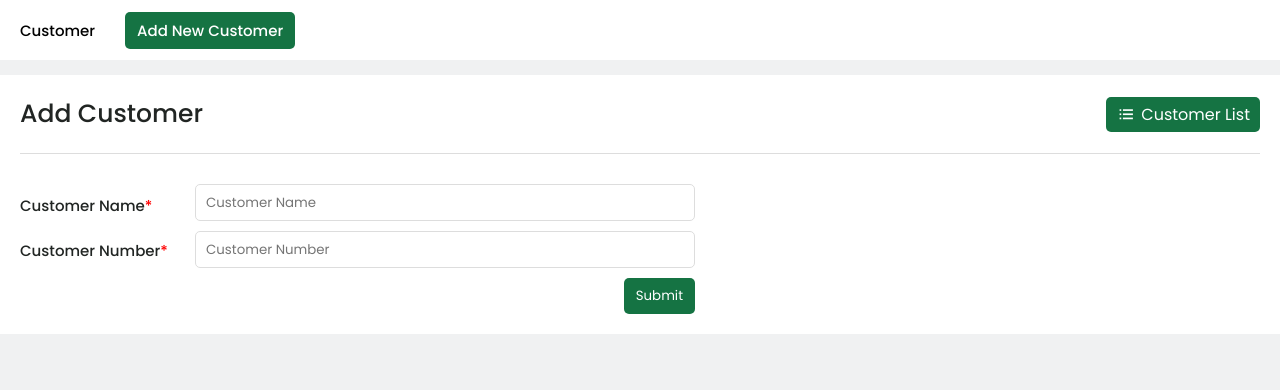
Repository: codebyaddro/customer-page
Page: pages/html/ancus.html
These files come from the project's save history. The page is drawn as it stood at one moment and after a run of saves; the edit follows.
The browser window is 1280 px wide. The pictures show the whole page.

Above is the page before, as saved 2025-02-20 15:25:43.

After the next 11 saves:
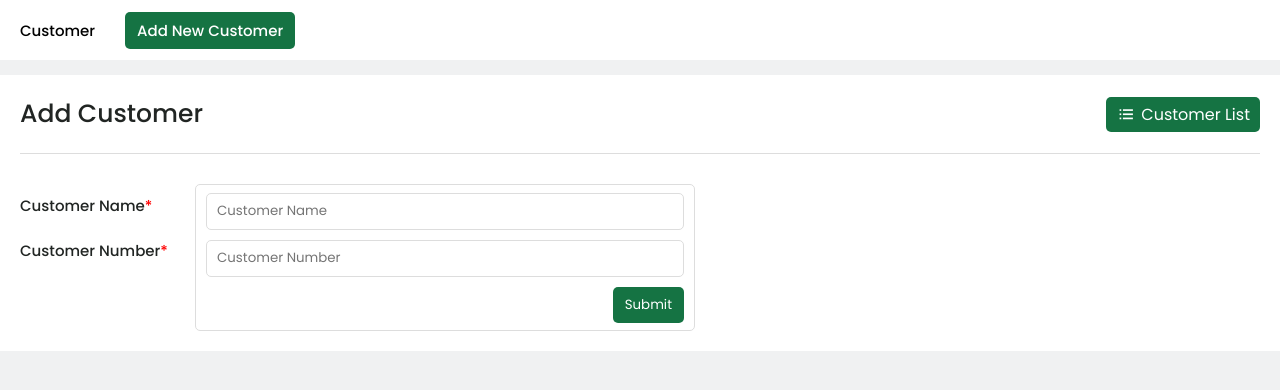
The 11 saves are shown as one change because they came seconds apart.
The last was saved 20 s later.
--- a/pages/css/ancus.css
+++ b/pages/css/ancus.css
@@ -170,9 +170,13 @@
 
 .cba-ancus-input {
     width: 500px!important;
+    padding: 7.5px 10px;
+    border: 1px solid var(--gray-black);
     border-radius: 5px;
     outline: none;
 }
+
+.cba-ancus-input
 
 input[type="text"] {
     width: 100%;
